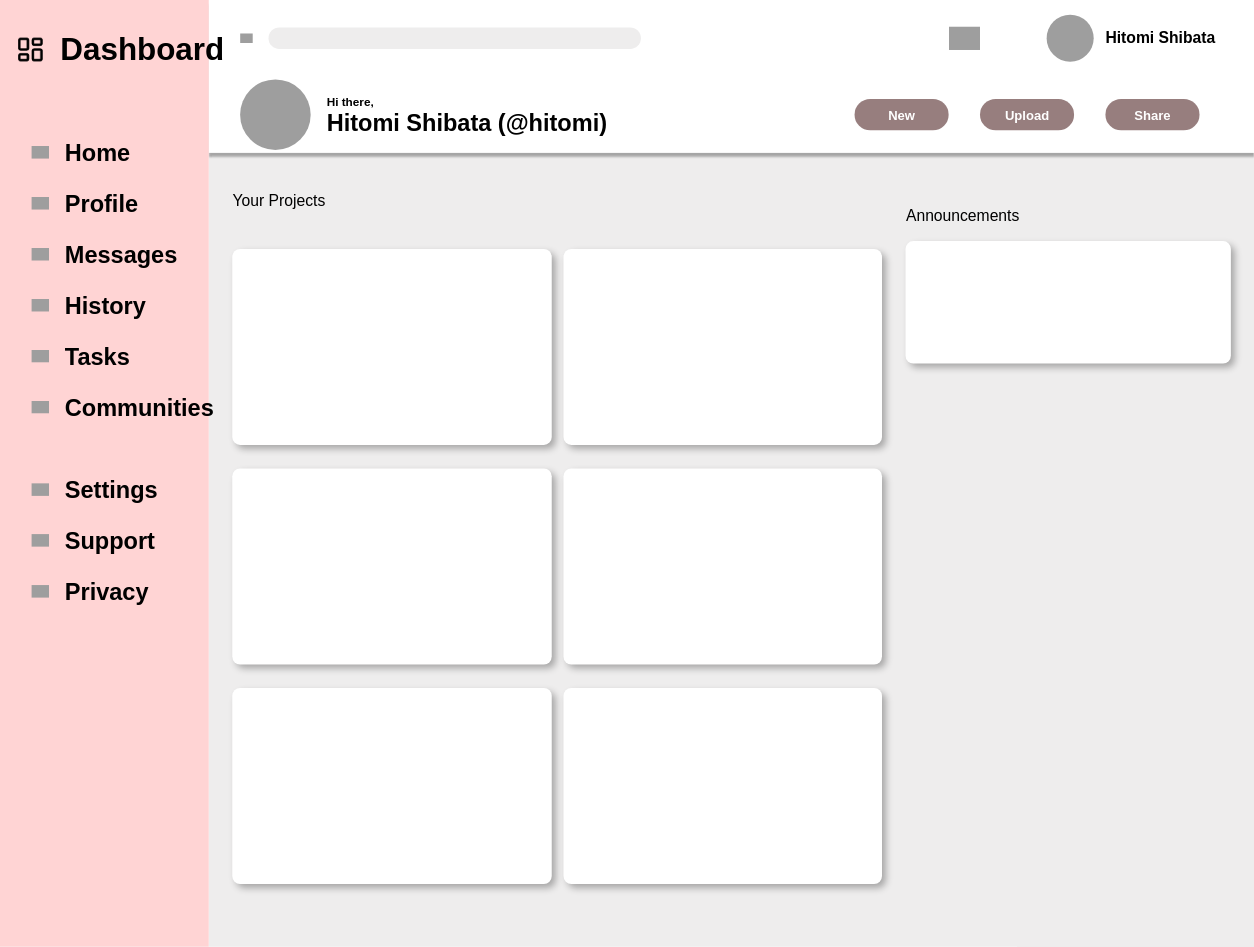
Repository: yeetzpxoci/dashboard
Page: index.html
The author's editor kept a copy of each file at every save. The page is drawn from the files as they stood at one save, then again after the next save.
The browser window is 1280 px wide. The pictures show the whole page, at 98% of full size.
Pictures or frames that could not be fetched are drawn as grey boxes.

Above is the page before, as saved 2023-02-19 12:19:23.

### index.html
<!DOCTYPE html>
<html lang="en">
<head>
    <meta charset="UTF-8">
    <meta http-equiv="X-UA-Compatible" content="IE=edge">
    <meta name="viewport" content="width=device-width, initial-scale=1.0">
    <link rel="stylesheet" type="text/css" href="styles.css" />
    <title>Dashboard</title>
</head>
<body>
    <div class="sidebar">
        <div class="logo">
            <img src="dashboard-layout.png">
            <p>Dashboard</p>
        </div>

        <div class="icon-container1">
            <div class="icon">
                <img src="https://cdn-icons-png.flaticon.com/512/25/25694.png">
                <p>Home</p>
            </div>

            <div class="icon">
                <img src="https://cdn-icons-png.flaticon.com/512/6522/6522516.png">
                <p>Profile</p>
            </div>

            <div class="icon">
                <img src="https://cdn-icons-png.flaticon.com/512/739/739286.png">
                <p>Messages</p>
            </div>

            <div class="icon">
                <img src="https://cdn-icons-png.flaticon.com/512/32/32223.png">
                <p>History</p>
            </div>

            <div class="icon">
                <img src="https://www.svgrepo.com/show/79174/task-list.svg">
                <p>Tasks</p>
            </div>

            <div class="icon">
                <img src="https://icons.veryicon.com/png/o/business/classic-icon/community-12.png">
                <p>Communities</p>
            </div>
        </div>

        <div class="icon-container2">
            <div class="icon">
                <img src="https://cdn-icons-png.flaticon.com/512/126/126472.png">
                <p>Settings</p>
            </div>

            <div class="icon">
                <img src="https://upload.wikimedia.org/wikipedia/commons/thumb/1/17/FAQ_icon_%28Noun_like%29.svg/1255px-FAQ_icon_%28Noun_like%29.svg.png">
                <p>Support</p>
            </div>

            <div class="icon">
                <img src="https://cdn-icons-png.flaticon.com/512/4104/4104794.png">
                <p>Privacy</p>
            </div>
        </div>
    </div>

    <div class="header">
        <div class="search">
            <img src="https://cdn-icons-png.flaticon.com/512/3917/3917754.png">
            <input class="search-bar">
        </div>

        <img class="notification_icon" src="https://cdn-icons-png.flaticon.com/512/565/565422.png">

        <div class="profile-pic">
        </div>

        <p>Hitomi Shibata</p>

        <div class="user-info">
            <div class="profile-pic">
            </div>
            <p id="losinfo">
                <span style="font-size:12px;">Hi there,</span>
                <br>
                <span style="font-size:24px;">Hitomi Shibata (@hitomi)</span>
            </p>
        </div>
        <button>New</button>
        <button>Upload</button>
        <button>Share</button>
    </div>
    <div class="main-content">
        <div class="projects">
            <p>Your Projects</p>
            <p></p>

            <div class="project">

            </div>

            <div class="project">

            </div>

            <div class="project">

            </div>

            <div class="project">

            </div>

            <div class="project">

            </div>

            <div class="project">

            </div>
        </div>
        <div class="announcements-container">
            <p>Announcements</p>
            <div class="announcements">

            </div>
        </div>
    </div>
</body>
</html>

### styles.css
html,
body {
    margin: 0;
    padding: 0;
    height: 100%;
}

body {
    min-height: 100vh;
    display: grid;
    grid-template-columns: 1fr 5fr;
    grid-template-rows: 1fr 4fr;
    font-family: Arial, Helvetica, sans-serif;
}

.sidebar {
    background-color: #FFD4D4;
    grid-column: 1 / 2;
    grid-row: 1 / 3;
    display: grid;
    grid-template-rows: 0.75fr 2fr 1fr 2fr;
    padding-left: 16px;
    gap: 32px;
    z-index: 2;
}

.icon-container1 {
    display: flex;
    flex-direction: column;
}

.icon-container2 {
    display: flex;
    flex-direction: column;
}

.logo, .icon {
    display: flex;
    align-items: center;
    font-weight: bold;
    gap: 16px;
}

.logo {
    font-size: 32px;
    align-self: baseline;
}

.icon {
    margin-top: -24px;
    font-size: 24px;
    margin-left: 16px;
}

.logo img {
    width: 15%;
}

.icon img {
    width: 10%;
}


.header {
    background-color: white;
    grid-column: 2 / 3;
    grid-row: 1 / 2;
    display: grid;
    grid-template-columns: 13fr 1fr 1fr 2fr;
    grid-template-rows: 1fr 1fr;
    padding-right: 24px;
    box-shadow: 0px 4px 2px rgb(0, 0, 0, 0.3);
    z-index: 1;
}

.search {
    display: flex;
    justify-content: flex-start;
    align-items: center;
    gap: 16px;
    margin-left: 32px;
}

.search img{
    width: 2%;
}

.search input {
    width: 60%;
    border-radius: 12px;
    border-width: 0px;
    background-color: #eeeded;
    height: 25%;
}

.notification_icon {
    width: 25%;
    align-self: center;
    justify-self: end;
}

.profile-pic {
    border-radius: 50%;
    background-image: url("https://i.pinimg.com/originals/49/c0/e8/49c0e871fbe0be71396aa94fe1d93ddc.jpg");
    background-position: center;
    background-size: cover;
    background-repeat: no-repeat;
    overflow: hidden;
}

.header > .profile-pic {
    width: 48px;
    height: 48px;
    align-self: center;
    justify-self: end;
    margin-right: 12px;
}

.user-info {
    display: flex;
    gap: 16px;
}

.user-info > .profile-pic {
    width: 72px;
    height: 72px;
    margin-left: 32px;
    align-self: center;
}

.header p {
    align-self: center;
    font-weight: bolder;
    justify-self: baseline;
}

button {
    height: 40%;
    width: 96px;
    align-self: center;
    justify-self: baseline;
    background-color: #977e7e;
    border-radius: 24px;
    border-width: 0px;
    color: white;
    margin-right: 32px;
    font-weight: bold;
}

.main-content {
    background-color: #eeeded;
    grid-column: 2 / 3;
    grid-row: 2 / 3;
    padding-left: 24px;
    padding-right: 24px;
    padding-top: 24px;
    padding-bottom: 64px;
    display: grid;
    grid-template-columns: 2fr 1fr;
    grid-template-rows: 1fr 1fr;
    gap: 24px;
}

.projects {
    width: 100%;
    display: grid;
    grid-template-columns: repeat(2, 1fr);
    grid-template-rows: 1fr 4fr 4fr 4fr;
    grid-gap: 24px 12px;
    grid-column: 1 / 2;
    grid-row: 1 / 3;
}

.project {
    background-color: white;
    border-radius: 8px;
    box-shadow: 4px 4px 8px rgb(0, 0, 0, 0.3);
}

.announcements-container {
    width: 100%;
    height: 50%;
    display: grid;
    grid-template-rows: 1fr 5fr;
    grid-row: 1 / 2;
    margin-top: 16px;
}

.announcements {
    width: 100%;
    height: 100%;
    background-color: white;
    border-radius: 8px;
    box-shadow: 4px 4px 8px rgb(0, 0, 0, 0.3);
    display: grid;
    grid-template-rows: 1fr 1fr 1fr;
}

.trending {
    width: 100%;
    display: grid;
    grid-template-rows: 1fr 1fr 1fr;
    background-color: aqua;
    grid-row: 2 / 3;
    background-color: white;
    border-radius: 8px;
    box-shadow: 4px 4px 8px rgb(0, 0, 0, 0.3);
}

After the next save:
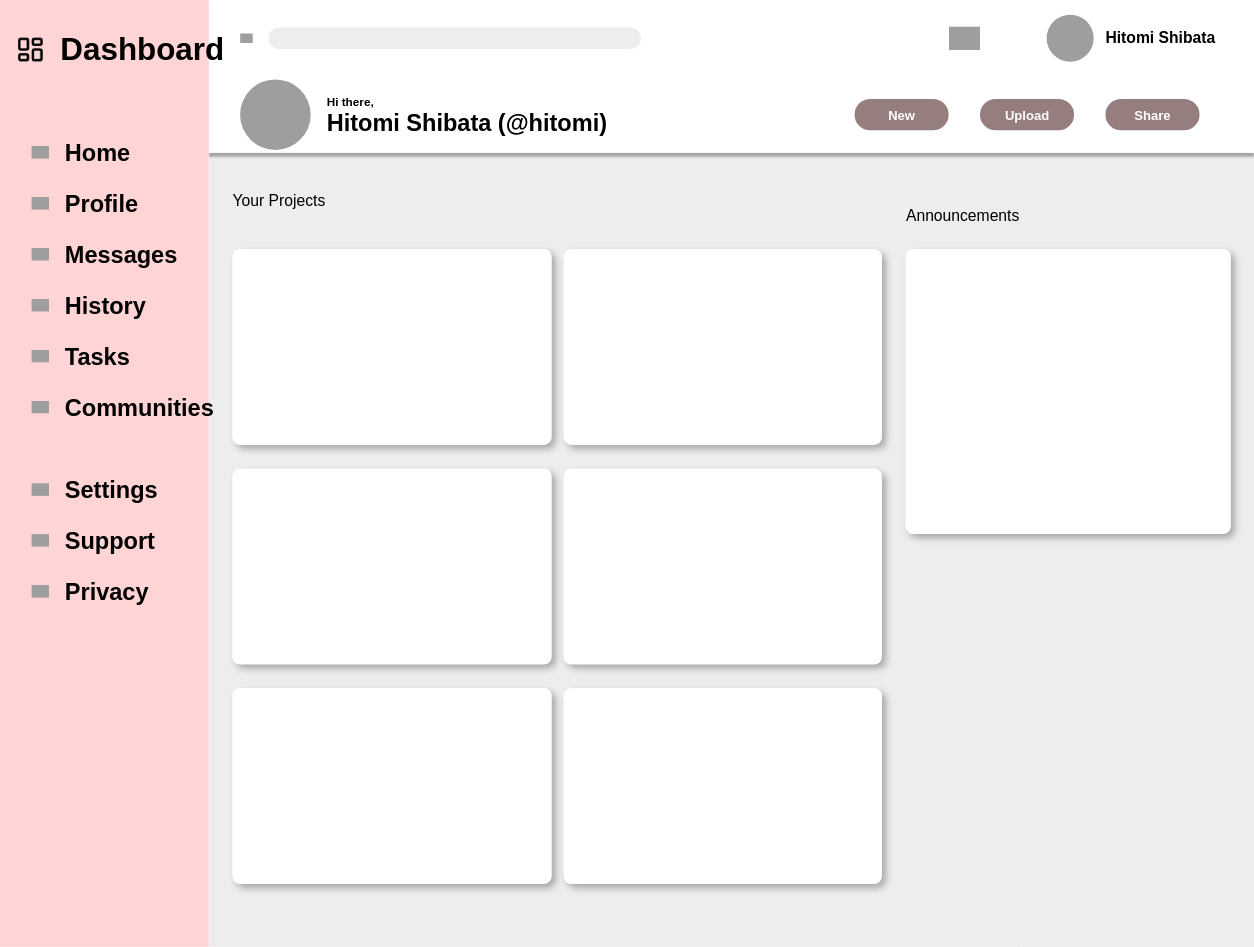
Saved 7 s later.
--- a/styles.css
+++ b/styles.css
@@ -157,7 +157,7 @@ button {
     padding-bottom: 64px;
     display: grid;
     grid-template-columns: 2fr 1fr;
-    grid-template-rows: 1fr 1fr;
+    grid-template-rows: 1fr 1fr     ;
     gap: 24px;
 }
 
@@ -179,7 +179,7 @@ button {
 
 .announcements-container {
     width: 100%;
-    height: 50%;
+    height: 100%;
     display: grid;
     grid-template-rows: 1fr 5fr;
     grid-row: 1 / 2;
